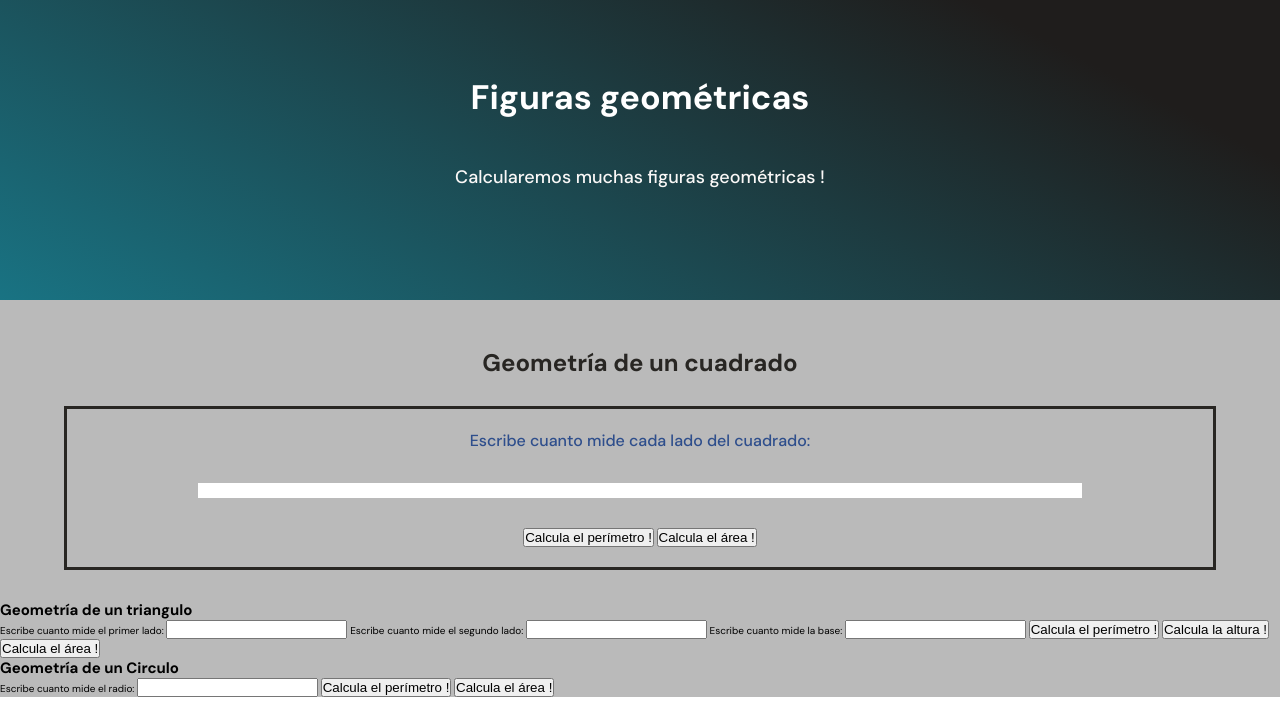
Repository: ChristianGecchelin/javascript-project
Page: javascript-project/figuras-geometricas/figuras.html
These files come from the project's save history. The page is drawn as it stood at one moment and after the next save; the edit follows.
The browser window is 1280 px wide. The pictures show the whole page.

Above is the page before, as saved 2021-12-01 23:38:11.

After the next save:
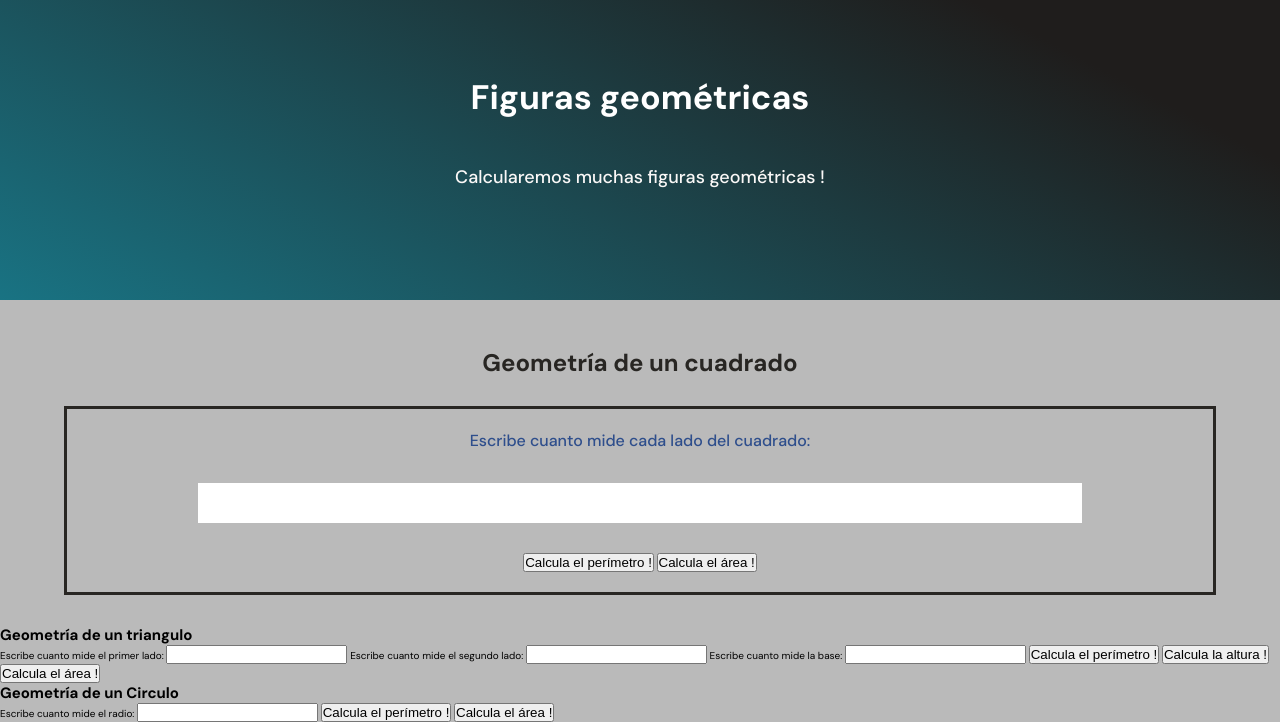
Saved 27 s later.
--- a/javascript-project/figuras-geometricas/style.css
+++ b/javascript-project/figuras-geometricas/style.css
@@ -91,12 +91,13 @@ main {
 .main-calculadora-form-contenedor .form--input {
   display: block;
   width: 80%;
+  height: 40px;
   margin: 30px auto;
   border: none;
+  text-align: center;
 }
 .main-calculadora-form-contenedor .form--input:hover {
   border: 2px solid var(--Dark-lightblue);
   width: 100%;
   border-radius: 15px;
-  text-align: center;
 }
